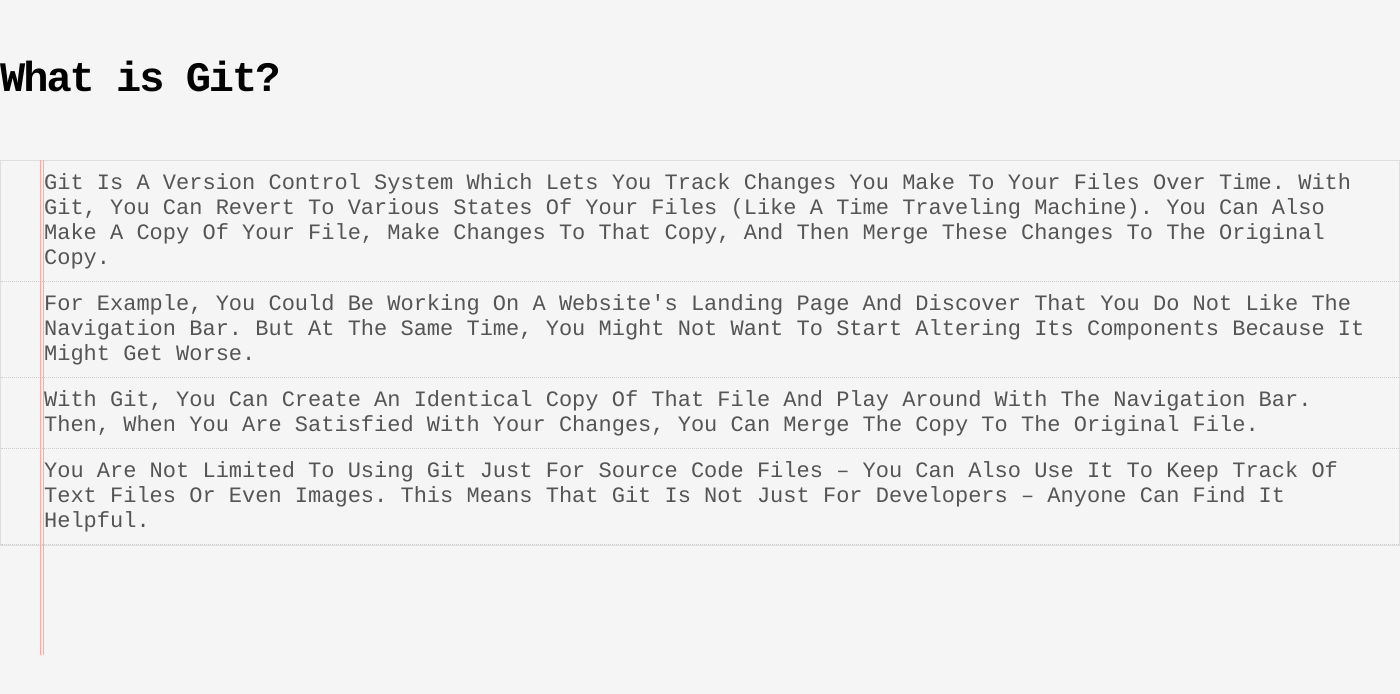
Repository: dev-singh-kanyal/Archive-git_github
Page: src/what is git.html
An editor plug-in stored every save of this project. The page is shown before and after the next save, followed by the edit.
The browser window is 1280 px wide. The page is 1400 px wide, so the pictures cover 1400 px, including what lies to the right of the window. The pictures show the whole page.
Some web fonts or font styles are not loaded; a fallback is used.

Above is the page before, as saved 2022-06-24 16:43:05.

After the next save:
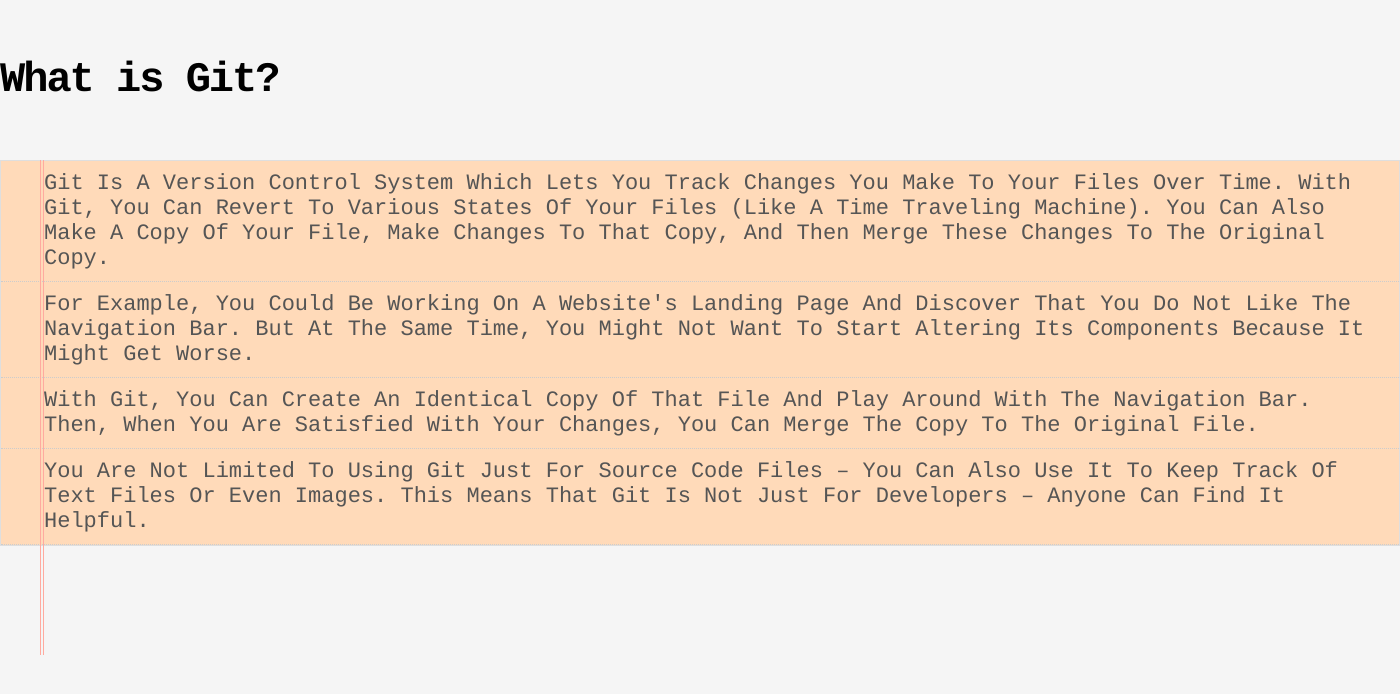
Saved 5 s later.
--- a/src/style.css
+++ b/src/style.css
@@ -17,7 +17,7 @@
   }
   .list {
     color: #555;
-    backgroungcolor: peachpuff;
+    background-color: peachpuff;
     font-size: 22px;
     /* font-size: 2rem; */
     padding: 0 !important;

After the save that followed:
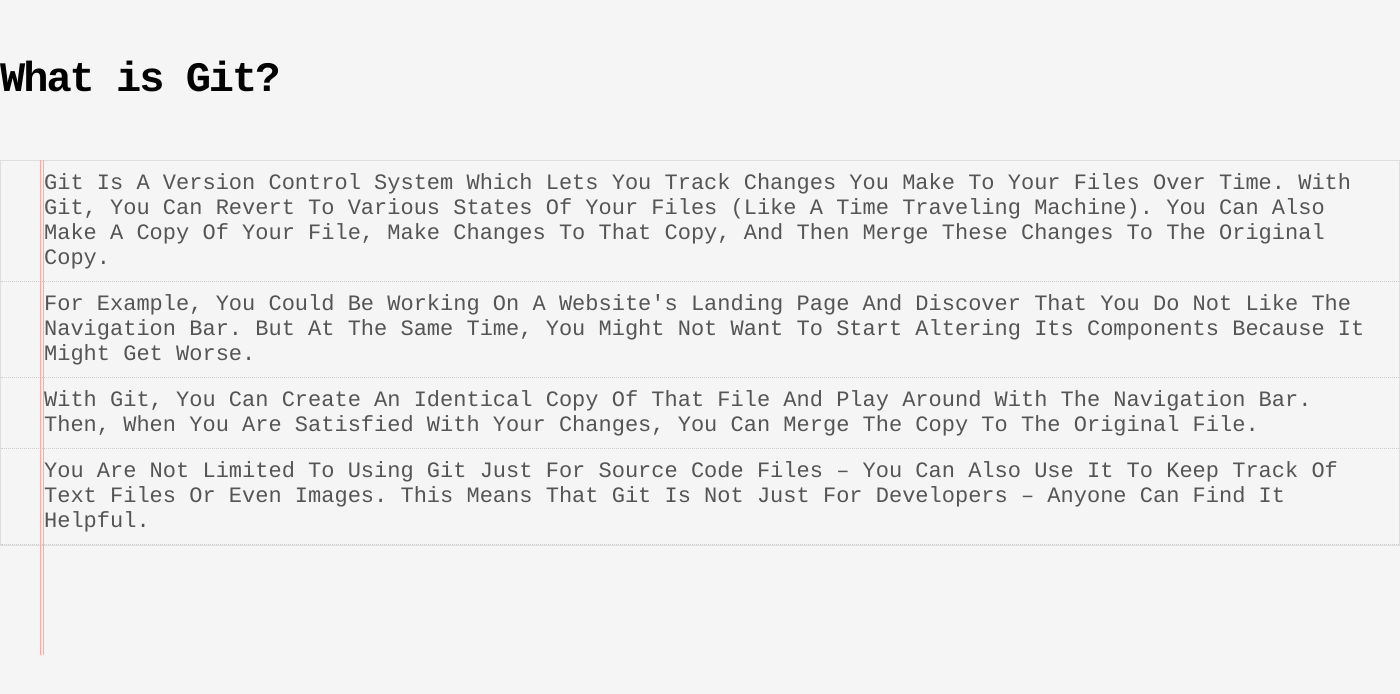
Saved 7 s later.
--- a/src/style.css
+++ b/src/style.css
@@ -17,7 +17,7 @@
   }
   .list {
     color: #555;
-    background-color: peachpuff;
+    /* background-color: peachpuff; */
     font-size: 22px;
     /* font-size: 2rem; */
     padding: 0 !important;
